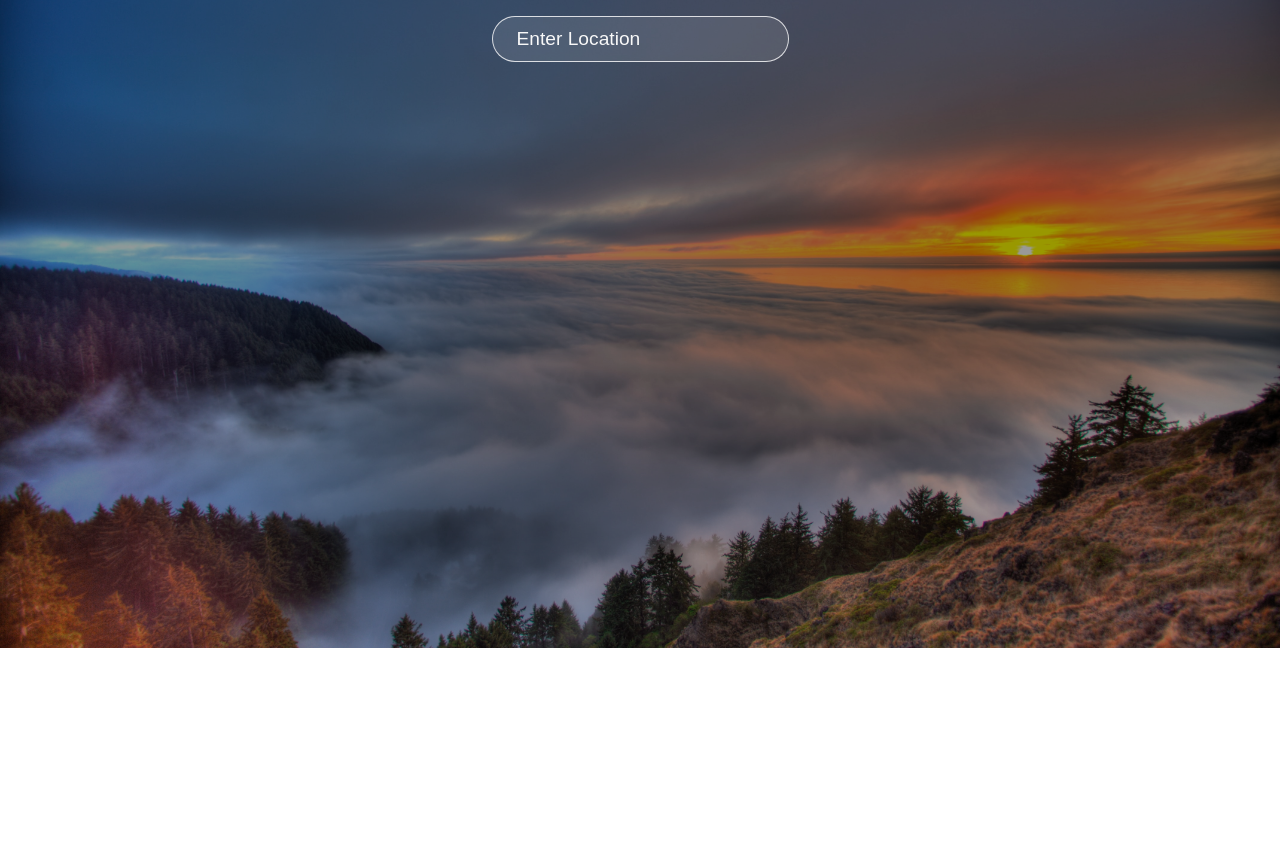
Repository: stavan30/weather-react
Page: /
An editor plug-in stored every save of this project. The page is shown before and after the next save, followed by the edit.
The browser window is 1280 px wide. The pictures show the whole page.
The project was rebuilt for these pictures with package versions that can differ from the ones it lists, and the page was loaded fresh each time.

Above is the page before, as saved 2024-02-06 00:51:57.

### src/index.css
@import url('https://fonts.googleapis.com/css2?family=Outfit:wght@100;200;300;400;500;600;700&family=Poppins:ital,wght@0,100;0,200;0,300;0,400;0,500;0,600;0,700;0,800;0,900;1,100;1,200;1,300;1,400;1,500;1,600;1,700;1,800;1,900&display=swap');

* {
  box-sizing: border-box;
  margin: 0;
  padding: 0;
}

body {
  font-family: 'Outfit', 'Segoe UI', 'Roboto', 'Oxygen',
    'Ubuntu', 'Cantarell', 'Fira Sans', 'Droid Sans', 'Helvetica Neue',
    sans-serif;
  -webkit-font-smoothing: antialiased;
  -moz-osx-font-smoothing: grayscale;
}

p {
  font-size: 1.6rem;
}

h1 {
  font-size: 6rem;
}

.app {
  width: 100%;
  height: 90vh;
  position: relative;
  background-color: rgba(0,0,0,0.4);
  color: #fff;
}

.app:before {
  content: '';
  background: url('./assets/sunset.jpg') no-repeat center center/cover;
  position: absolute;
  width: 100%;
  height: 100%;
  top: 0;
  left: 0;
  z-index: -1;
}

.app .search {
  text-align: center;
  padding: 1rem;
}

.app input {
  padding: .7rem 1.5rem;
  font-size: 1.2rem;
  border-radius: 25px;
  border: 1px solid rgba(255,255,255, 0.8);
  background: rgba(255,255,255, 0.1);
  color: #f8f8f8;
}

::placeholder {
  color: #f8f8f8;
}

.container {
  max-width: 700px;
  height: 700px;
  margin: auto;
  padding: 0 1rem;
  position: relative;
  top: 10%;
  display: flex;
  flex-direction: column;
  justify-content: space-between;
}

.app .top {
  width: 100%;
  margin: 1rem auto;
}

.app .description {
  position: relative;
  right: -90%;
  transform-origin: 0 0;
  transform: rotate(269deg);
}

.app .bottom {
  display: flex;
  justify-content: space-evenly;
  text-align: center;
  width: 100%;
  margin: 1rem auto;
  padding: 1rem;
  border-radius: 12px;
  background-color: rgba(255,255,255, 0.2);
}

.bold {
  font-weight: 700;
}

### src/App.js
import React, {useState} from "react";
import axios from "axios";

function App() {

  const [data, setData] = useState({})
  const [location, setLocation] = useState('')

  const url = `https://api.openweathermap.org/data/2.5/weather?q=${location}&units=imperial&appid=5a1232a3639c7a443e7df182fff23304`

  const searchLocation = (event) => {
    if (event.key === 'Enter') {
      axios.get(url).then((response) => {
        setData(response.data)
        console.log(response.data)
      })
      setLocation('')
    }
  }

  return (
    <div className="app">
      <div className="search">
        <input
          value={location}
          onChange={event => setLocation(event.target.value)}
          onKeyPress={searchLocation}
          placeholder='Enter Location'
          type="text" />
      </div>
      <div className="container">
        <div className="top">
          <div className="location">
            <p>{data.name}</p>
          </div>
          <div className="temp">
            {data.main ? <h1>{data.main.temp.toFixed()}°F</h1> : null}
          </div>
          <div className="description">
            {data.weather ? <p>{data.weather[0].main}</p> : null}
          </div>
        </div>

        {data.name !== undefined &&
          <div className="bottom">
            <div className="feels">
              {data.main ? <p className='bold'>{data.main.feels_like.toFixed()}°F</p> : null}
              <p>Feels Like</p>
            </div>
            <div className="humidity">
              {data.main ? <p className='bold'>{data.main.humidity}%</p> : null}
              <p>Humidity</p>
            </div>
            <div className="wind">
              {data.wind ? <p className='bold'>{data.wind.speed.toFixed()} MPH</p> : null}
              <p>Wind Speed</p>
            </div>
          </div>
        }
      </div>
    </div>
  );
}

export default App;

Loaded but not shown: public/index.html (common file); src/index.js (common file)

After the next save:
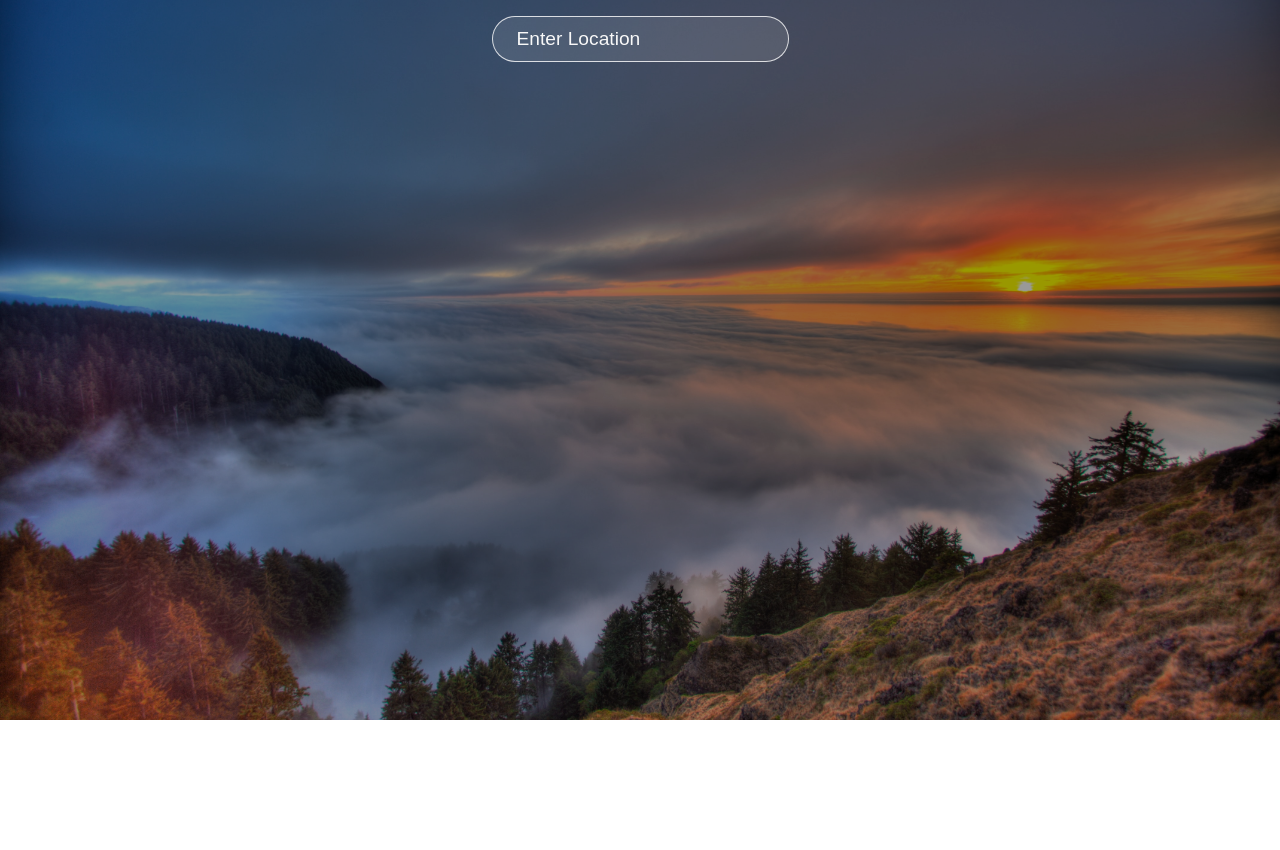
Saved 12 s later.
--- a/src/index.css
+++ b/src/index.css
@@ -24,7 +24,7 @@ h1 {
 
 .app {
   width: 100%;
-  height: 90vh;
+  height: 100vh;
   position: relative;
   background-color: rgba(0,0,0,0.4);
   color: #fff;
